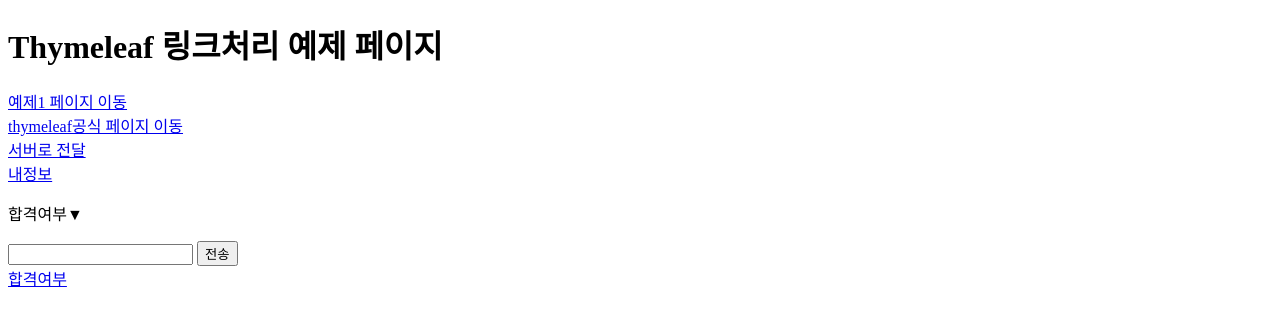
Repository: mi-ci/ai
Page: http://localhost/thymeleafEx/thymeleafEx06
The author's editor kept a copy of each file at every save. The page is drawn from the files as they stood at one save, then again after the next save.
The browser window is 1280 px wide. The pictures show the whole page.
The page is this project's Thymeleaf template; nobody is signed in. The template is opened directly, without the code that normally fills it, so the values that code supplies are empty.

Above is the page before, as saved 2024-03-21 04:04:17.

After the next save:
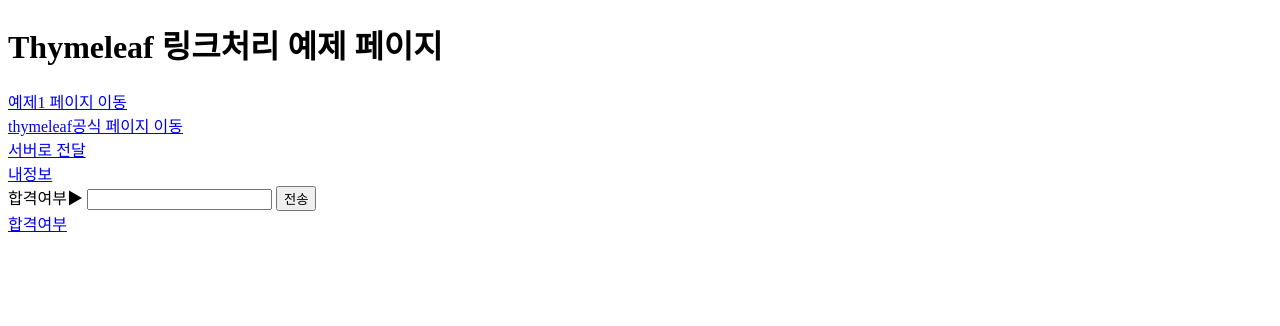
Saved 39 s later.
--- a/shop/src/main/resources/templates/thymeleafEx/thymeleafEx06.html
+++ b/shop/src/main/resources/templates/thymeleafEx/thymeleafEx06.html
@@ -19,8 +19,7 @@
 	<a th:href="@{/th/ex12(name='장우진', phone='010', hobby='컴퓨터')}">내정보</a>
   </div>
   <div>
-	<p>합격여부▼</p>
-	<form th:action="@{/th/ex13}">
+	<form th:action="@{/th/ex13}">합격여부▶
 		<input type="hidden" name="name" value="장우진">
 		<input type="text" name="score">
 		<input type="submit" value="전송">
